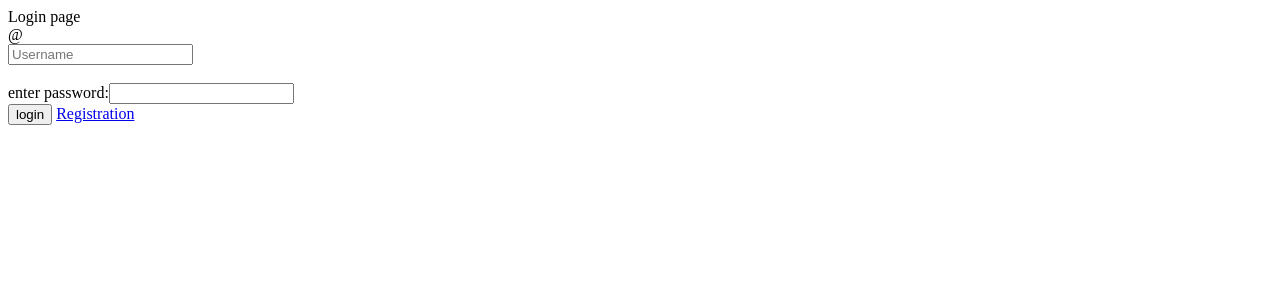
Repository: vishnushelke/LoginPage
Page: http://localhost/MyLoginPage/Login.jsp
The author's editor kept a copy of each file at every save. The page is drawn from the files as they stood at one save, then again after the next save.
The browser window is 1280 px wide. The pictures show the whole page.
The page is served by Tomcat 9. Other server files are loaded and not shown.

Above is the page before, as saved 2019-10-10 05:48:39.

### MyLoginPage/WebContent/Login.jsp
<%@ page language="java" contentType="text/html; charset=UTF-8"
    pageEncoding="UTF-8"%>
<!DOCTYPE html>
<html>
<head>
<meta charset="UTF-8">
<title>Insert title here</title>
</head>
<body>
<form action="login" method="post">
Login page<br>
<div class="input-group mb-3">
  <div class="input-group-prepend">
    <span class="input-group-text" id="basic-addon1">@</span>
  </div>
  <input type="text" class="form-control" placeholder="Username" aria-label="Username" aria-describedby="basic-addon1">
</div>
<br>
enter password:<input type="password" name="password"><br>
<input type="submit" value="login"> <a href="register.jsp">Registration</a>

</form>
</body>


</html>

After the next save:
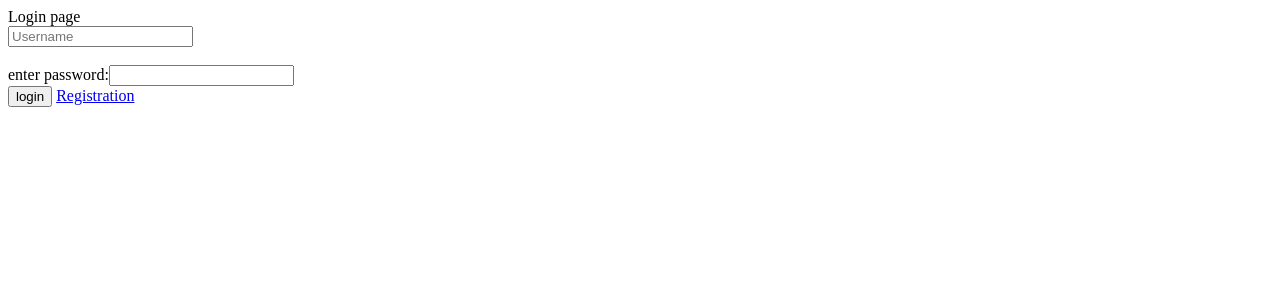
Saved 4 s later.
--- a/MyLoginPage/WebContent/Login.jsp
+++ b/MyLoginPage/WebContent/Login.jsp
@@ -11,7 +11,7 @@
 Login page<br>
 <div class="input-group mb-3">
   <div class="input-group-prepend">
-    <span class="input-group-text" id="basic-addon1">@</span>
+    <span class="input-group-text" id="basic-addon1"></span>
   </div>
   <input type="text" class="form-control" placeholder="Username" aria-label="Username" aria-describedby="basic-addon1">
 </div>
